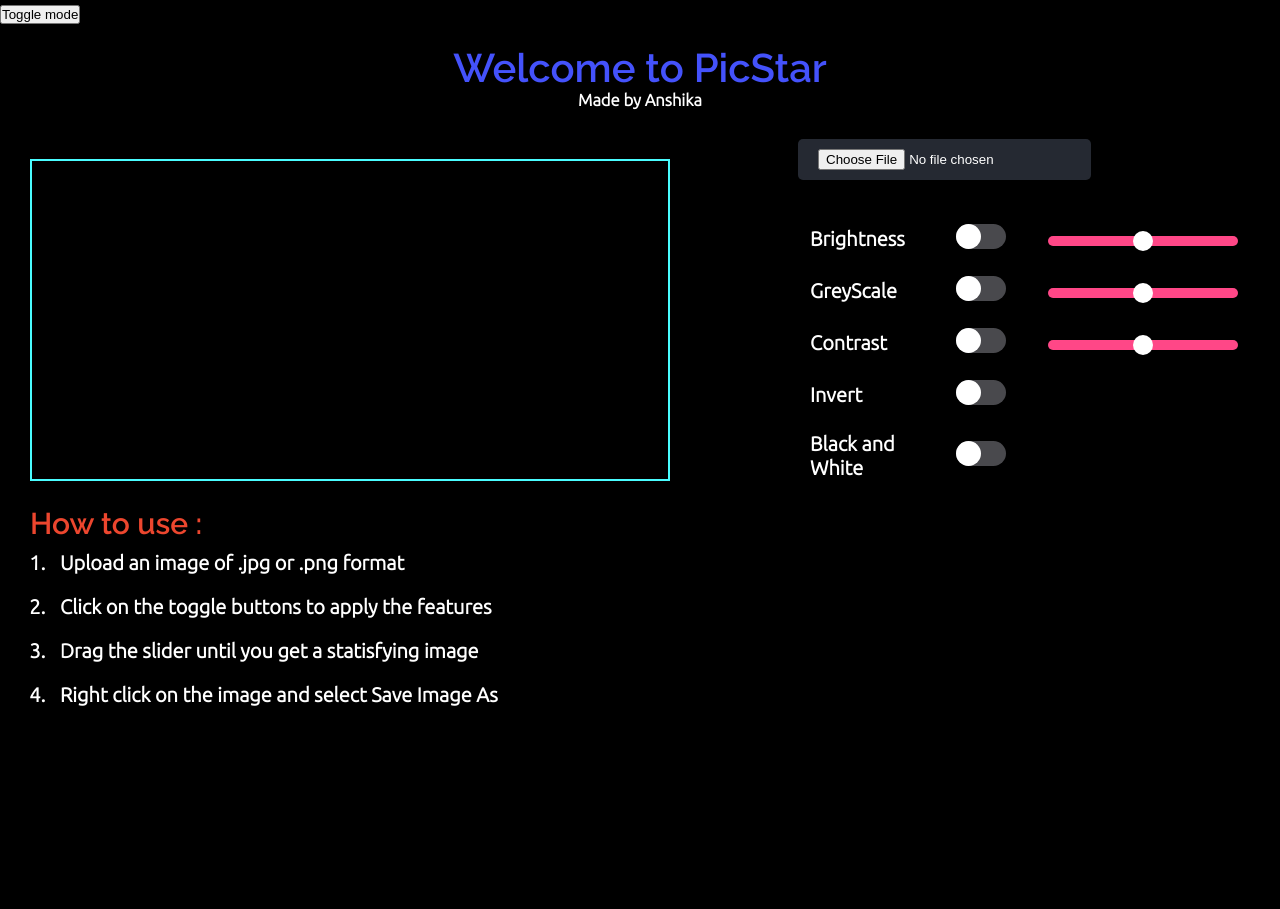
Repository: ANSHIKA1806/PICSTAR
Page: index.html
These files come from the project's save history. The page is drawn as it stood at one moment and after the next save; the edit follows.
The browser window is 1280 px wide. The pictures show the whole page.

Above is the page before, as saved 2021-10-08 20:39:59.

After the next save:
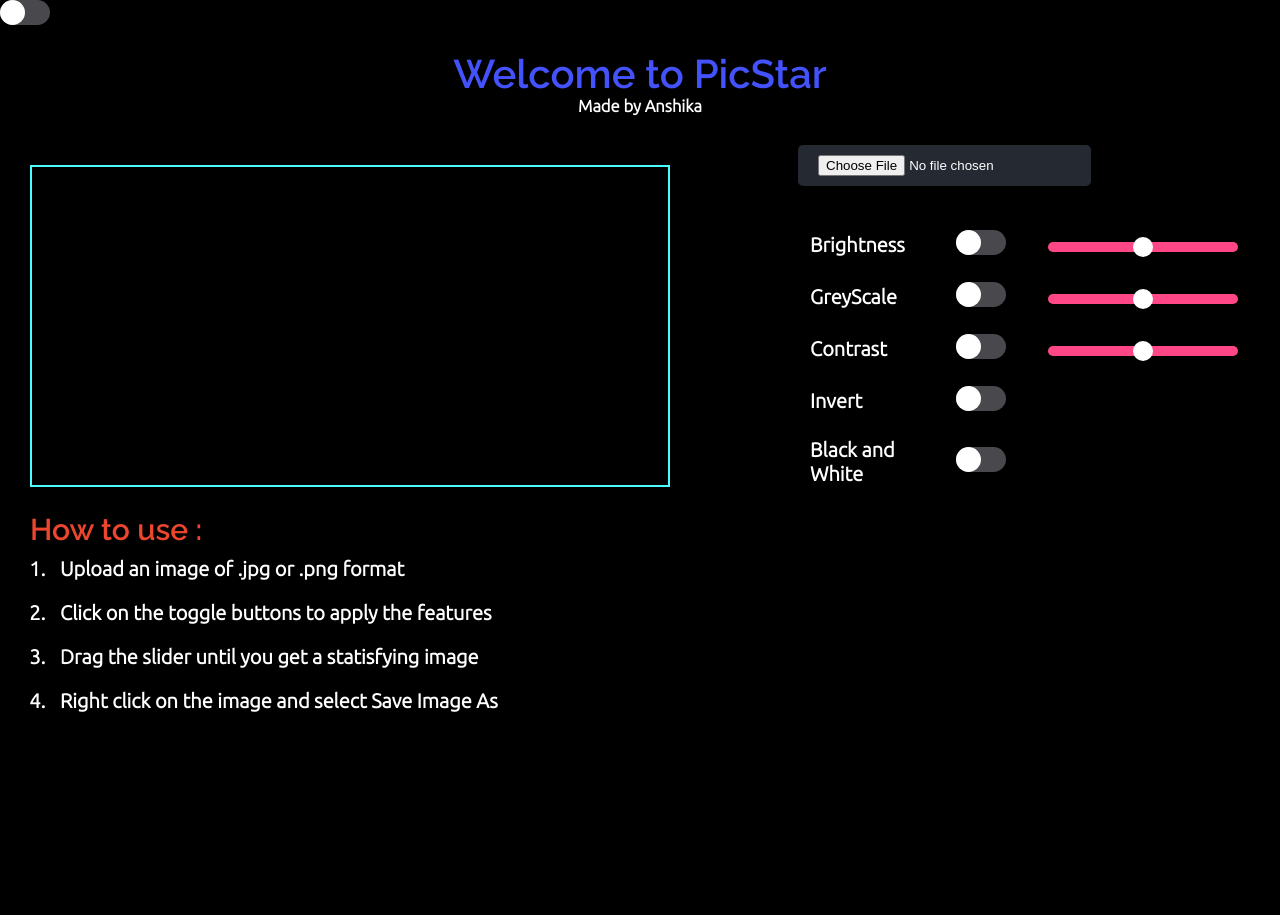
Saved 2 min 44 s later.
--- a/index.html
+++ b/index.html
@@ -10,7 +10,7 @@
 </head>
 
 <body>
-	<button type="button" class="btn-mode">Toggle mode</button>
+	<input type="checkbox" class="theme"/>
 	<!-- partial:index.partial.html -->
 	<h1 id="main-heading">Welcome to PicStar</h1>
 	<h5 id="heading-subtext">Made by Anshika</h5>
--- a/style.css
+++ b/style.css
@@ -168,7 +168,7 @@ ol li {
 	padding: 10px;
 }
 
-.btn.mode {
+.theme {
 	display: block;
 	margin-right: 0;
 }
